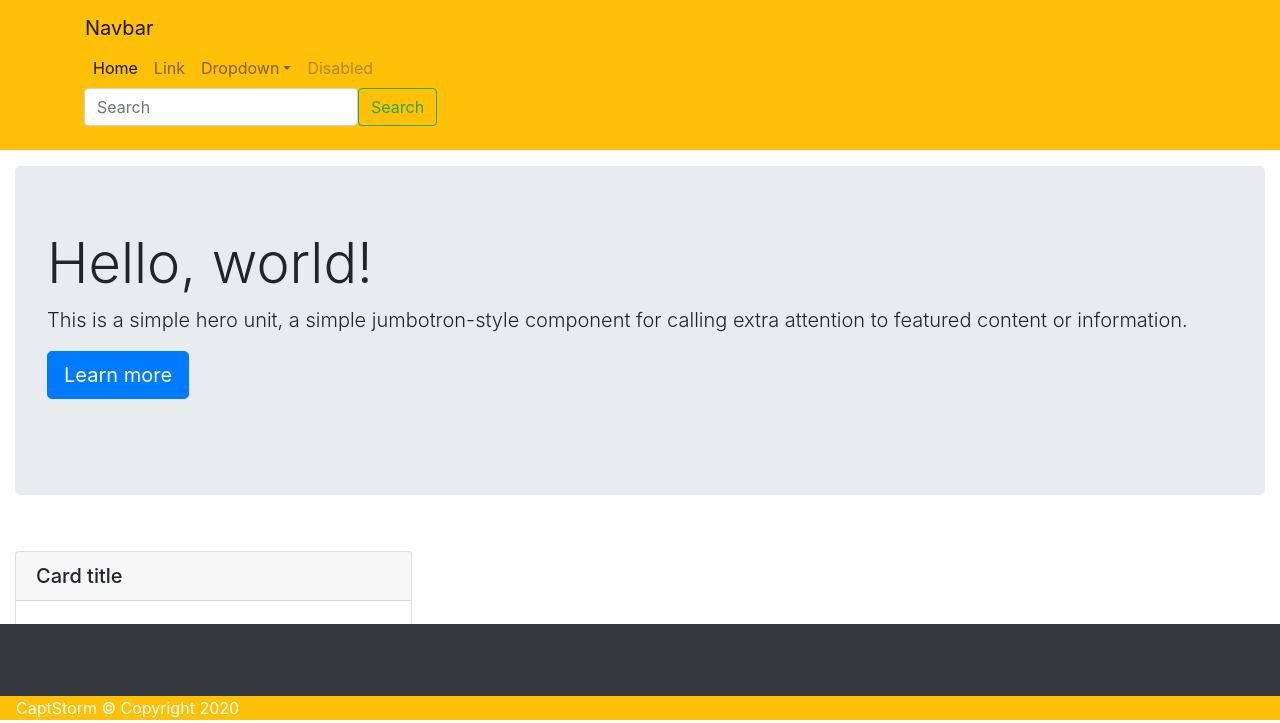
Repository: CaptainStorm21/complete-react16-bootstrap-passing-props
Page: /
The author's editor kept a copy of each file at every save. The page is drawn from the files as they stood at one save, then again after a run of saves.
The browser window is 1280 px wide. The pictures show the whole page.
The project was rebuilt for these pictures with package versions that can differ from the ones it lists, and the page was loaded fresh each time.

Above is the page before, as saved 2020-04-23 14:34:08.

### public/index.html
<!DOCTYPE html>
<html lang="en">
<head>
  <title>Bootstrap Example</title>
  <meta charset="utf-8">
  <meta name="viewport" content="width=device-width, initial-scale=1">
  <link rel="stylesheet" href="https://maxcdn.bootstrapcdn.com/bootstrap/4.4.1/css/bootstrap.min.css">
  <script src="https://ajax.googleapis.com/ajax/libs/jquery/3.4.1/jquery.min.js"></script>
  <script src="https://cdnjs.cloudflare.com/ajax/libs/popper.js/1.16.0/umd/popper.min.js"></script>
  <script src="https://maxcdn.bootstrapcdn.com/bootstrap/4.4.1/js/bootstrap.min.js"></script>
</head>
<body>
<div id="root"></div>

</body>
</html>

### src/index.js
import React from 'react';
import ReactDOM from 'react-dom';
import './style.css';
import App from './App';
import * as serviceWorker from './serviceWorker';


ReactDOM.render(
  <React.StrictMode>
    <App />
  </React.StrictMode>,
  document.getElementById('root')
);

// If you want your app to work offline and load faster, you can change
// unregister() to register() below. Note this comes with some pitfalls.
// Learn more about service workers: https://bit.ly/CRA-PWA
serviceWorker.unregister();

### src/style.css




body {
  margin: 0;
  font-family: -apple-system, BlinkMacSystemFont, 'Segoe UI', 'Roboto', 'Oxygen',
    'Ubuntu', 'Cantarell', 'Fira Sans', 'Droid Sans', 'Helvetica Neue',
    sans-serif;
  -webkit-font-smoothing: antialiased;
  -moz-osx-font-smoothing: grayscale;
}

.footer {
  position: absolute;
  bottom: 0;
  width: 100%;
  height: 60px; /* Set the fixed height of the footer here */
  line-height: 60px; /* Vertically center the text there */
  background-color: purple;
}

### src/App.js
import React from "react";
import Main from "./components/Main";
import ContanerCard from "./components/ContainerCard";

import Header from "./components/layout/Header";
import Footer from "./components/layout/Footer";

function App() {
  return (
    <div>
      <Header />
      <div classNameName="container-fluid">
        <div className="col-lg-12 py-3">
          <Main />
        </div>
        <div className="container-fluid">
          <div className="row">
            <ContanerCard />
          </div>
        </div>
        <Footer />
      </div>
    </div>
  );
}

export default App;

### src/components/Main.js
import React from "react";

function Main() {
  return (
    <div className="jumbotron">
      <h1 className="display-4">Hello, world!</h1>
      <p className="lead">
        This is a simple hero unit, a simple jumbotron-style component for
        calling extra attention to featured content or information.
        <p className = "py-3">
        <a className="btn btn-primary btn-lg" href="#" role="button">
          Learn more
        </a>
        </p>
      </p>
    </div>
  );
}

export default Main;

### src/components/ContainerCard.js
import React from "react";

function ContainerCard() {
  return (
    <div className="col-md-4 col-lg-4 py-2">
    <div className="card">
      <h5 className="card-header">Card title</h5>
      <div className="card-body">
        <p className="card-text">Card content</p>
      </div>
      <div className="card-footer">Card footer</div>
    </div>
    </div>
  );
}

export default ContainerCard;

### src/components/layout/Header.js
import React from "react";
import Navbar from "./Navbar";

function Header() {
  return (
    <nav className="navbar navbar-expand-lg navbar-light bg-warning">
              <Navbar />
    </nav>
  );
}

export default Header;

### src/components/layout/Footer.js
import React from "react";

function Footer() {
  return (
    <footer className="bg-dark py-5 fixed-bottom ">
      <div className="container"></div>
      <div className="container-fluid">
        <div className="row bg-info">
        <div className="bg-warning fixed-bottom">
          <span className="p-3 text-white">
            CaptStorm &copy; Copyright 2020
          </span>
        </div>        </div>
      </div>
    </footer>
  );
}

export default Footer;

### src/components/layout/Navbar.js
import React from "react";
import "./Nav.css";

function Navbar() {
  return (
    <div className="container">
      <div className="row">
        <div className="col">
          <a className="navbar-brand" href="/">
            Navbar
          </a>
          <button
            className="navbar-toggler"
            type="button"
            data-toggle="collapse"
            data-target="#navbarSupportedContent"
            aria-controls="navbarSupportedContent"
            aria-expanded="false"
            aria-label="Toggle navigation"
          >
            <span className="navbar-toggler-icon"></span>
          </button>

          <div className="collapse navbar-collapse" id="navbarSupportedContent">
            <ul className="navbar-nav mr-auto">
              <li className="nav-item active">
                <a className="nav-link" href="/">
                  Home <span className="sr-only">(current)</span>
                </a>
              </li>
              <li className="nav-item">
                <a className="nav-link" href="/">
                  Link
                </a>
              </li>
              <li className="nav-item dropdown">
                <a
                  className="nav-link dropdown-toggle"
                  href="/"
                  id="navbarDropdown"
                  role="button"
                  data-toggle="dropdown"
                  aria-haspopup="true"
                  aria-expanded="false"
                >
                  Dropdown
                </a>
                <div className="dropdown-menu" aria-labelledby="navbarDropdown">
                  <a className="dropdown-item" href="/">
                    Action
                  </a>
                  <a className="dropdown-item" href="/">
                    Another action
                  </a>
                  <div className="dropdown-divider"></div>
                  <a className="dropdown-item" href="/">
                    Something else here
                  </a>
                </div>
              </li>
              <li className="nav-item">
                <a className="nav-link disabled" href="/">
                  Disabled
                </a>
              </li>
            </ul>
          </div>
          <div className="input-group mb-3">
            <div className="input-group-append ">
              <form className="form-inline ">
                <input
                  className="form-control "
                  type="search"
                  placeholder="Search"
                  aria-label="Search"
                />
                <button className="btn btn-outline-success" type="submit">
                  Search
                </button>
              </form>
            </div>
          </div>
        </div>
      </div>{" "}
    </div>
  );
}

export default Navbar;

### src/components/layout/Nav.css
@media (min-width: 768px) {
    .navbar-nav {
      width: 100%;
      text-align: center;
    }
    .navbar-nav > li {
      float: none;
      display: inline-block;
    }
    .navbar-nav > li.navbar-right {
      float: right !important;
    }
  }

Loaded but not shown: src/serviceWorker.js (common file)

After the next 3 saves:
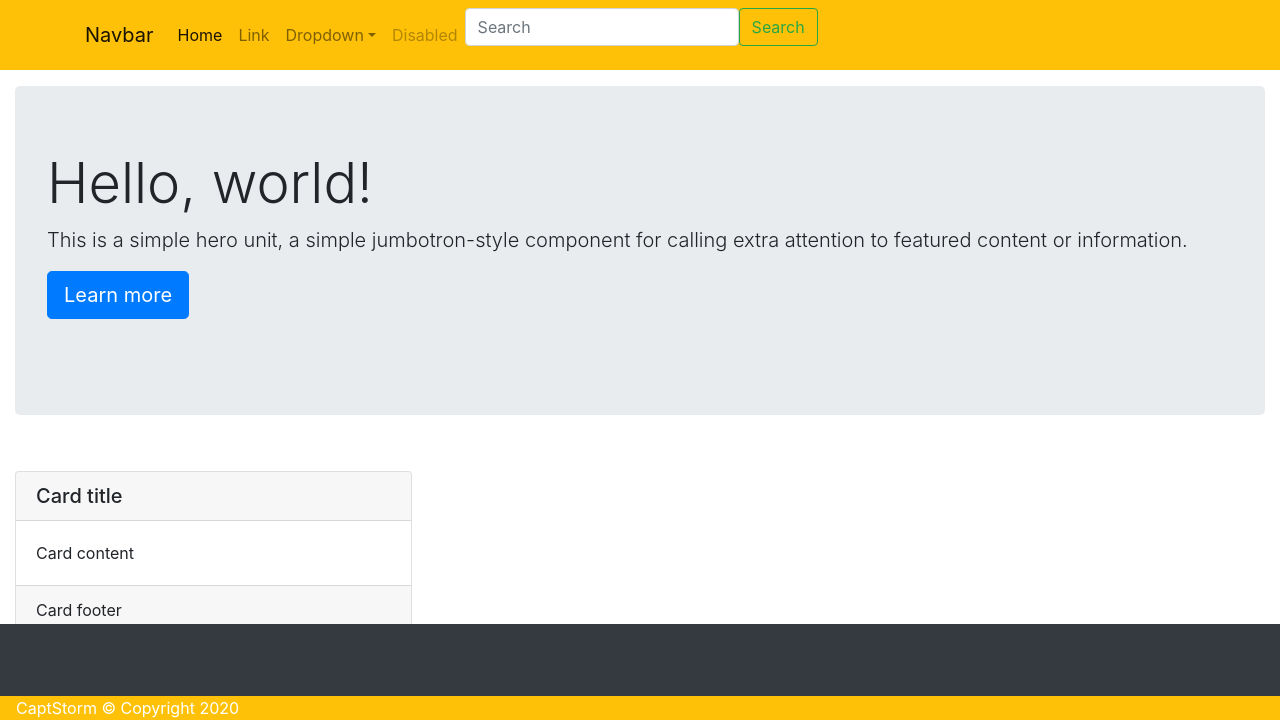
The 3 saves are shown as one change because 2 did not build or start.
The last was saved 46 s later.
--- a/src/components/layout/Navbar.js
+++ b/src/components/layout/Navbar.js
@@ -4,8 +4,6 @@ import "./Nav.css";
 function Navbar() {
   return (
     <div className="container">
-      <div className="row">
-        <div className="col">
           <a className="navbar-brand" href="/">
             Navbar
           </a>
@@ -81,8 +79,7 @@ function Navbar() {
             </div>
           </div>
         </div>
-      </div>{" "}
-    </div>
+
   );
 }
 
